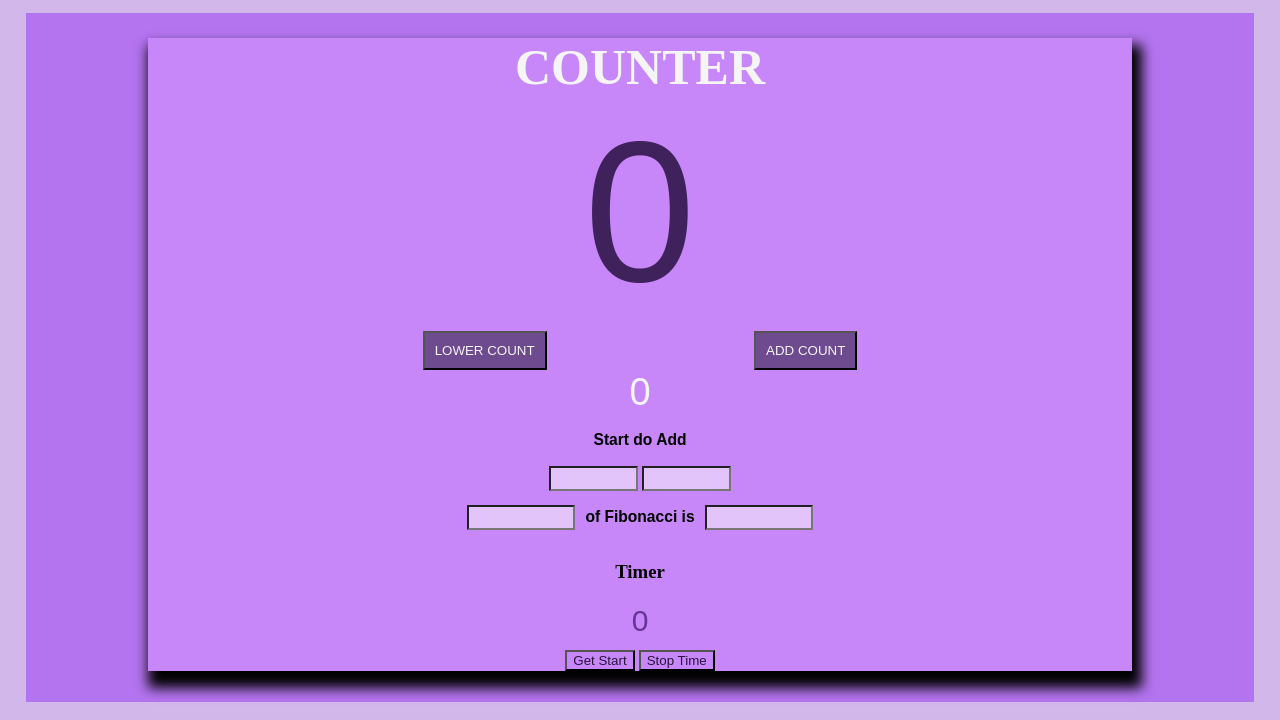
Repository: AnahitKhechumyan/Counter
Page: index.html
The author's editor kept a copy of each file at every save. The page is drawn from the files as they stood at one save, then again after the next save.
The browser window is 1280 px wide. The pictures show the whole page.

Above is the page before, as saved 2022-02-16 02:01:24.

### index.html
<!DOCTYPE html>
<html lang="en">
<head>
    <meta charset="UTF-8">
    <meta http-equiv="X-UA-Compatible" content="IE=edge">
    <meta name="viewport" content="width=device-width, initial-scale=1.0">
    <link rel="stylesheet" href="style.css">
    <title>Counter</title>
</head>
<body>
    <div class="container">
       <div class="main">
            <div class="header">COUNTER</div>
            <button class= "counter">0</button>
            <div class = "change">
                 <button class ="decrement" type="button">LOWER COUNT</button>
                 <button class ="increment" type="button">ADD COUNT</button>
            </div>
            <button class= "sum">0</button> <br>
            <button class= "add" type="button"><h3>Start do Add</h3></button>
            <div >
                <input class ="firstInput" type="text" />
                <input class ="secondInput" type = "text"/>
           </div>

           <input class= "inputNumber" type="text" />
           <button class= "fibonacci" type="button"><h3>of Fibonacci is</h3></button>
           <input class= "inputFibonacci" type="text"/>

           <h3>Timer</h3>
           <button class= "timer">0</button>
            <div>
                <button class ="getTime">Get Start</button>
                <button class ="stopTime">Stop Time</button>
           </div>
        </div>
    </div>
    <script src= "script.js"></script>
</body>
</html>

### style.css
body{
    margin: 0;
    background-color: rgb(210, 183, 235);
}
.container{
    background-color: rgb(180, 116, 240);
    width: 96%;
    height: 94vh;
    margin-right:2%;
    margin-left:2%;
    margin-top:1%;
    padding-top: 1%;

}
.main{
    background-color: rgb(199, 135, 248);
    width: 80%;
    height: 88vh;
    margin: 1% 10%;
    box-shadow: 5px 12px 12px 5px;
    text-align: center;
}
.header{
    text-align: center;
    color:whitesmoke;
    font-size: 50px;
    font-weight: 700;
}

.counter{
    border:none;
    font-size:200px;
    color:rgb(63, 33, 92);
    background-color:rgb(199, 135, 248) ;

}
 .change{
     background-color:  rgb(199, 135, 248);
     font-size: 30px;
 }
.decrement{
    padding:10px;
    margin-right: 100px;
   background-color: rgb(110, 74, 143);
   color:whitesmoke;
}
.decrement:hover{
    background-color:whitesmoke;
    color:rgb(110, 74, 143);
    cursor:pointer;
}
.increment{
    padding:10px;
    margin-left: 100px;
    background-color: rgb(110, 74, 143);
    color:whitesmoke;
}
.increment:hover{
    background-color:whitesmoke;
    color:rgb(110, 74, 143);
    cursor:pointer;
}
.sum{
    border:none;
    background-color: rgb(199, 135, 248);
    color:whitesmoke;
    font-size: 38px;
}
.firstInput, .secondInput{
    width: 8%;
    padding:3px;
}
.fibonacci{
    background-color: rgb(199, 135, 248);
    border:none;
}
.inputNumber, .inputFibonacci{
    width: 10%;
    padding:3px;
}
input{
    background-color: rgb(227, 196, 250);
}

.timer{
    padding:2px 3px;
    font-size: 30px;
   width: 5%;
   border:none;
   color:rebeccapurple;
   background-color:rgb(199, 135, 248);;
}

.getTime, .stopTime{
    margin-top:1%;
    background-color:rgb(199, 135, 248);
    color:rgb(41, 20, 61);
    cursor:pointer;
}
.getTime:hover, .stopTime:hover{
    background-color: whitesmoke;
    font-weight: 200;
}
h3{
    cursor:pointer;
}
.add{
    border:none;
    background-color: rgb(199, 135, 248);
}

### script.js
let counterElem = document.querySelector(".counter");
let addCount = document.querySelector(".increment");
let lowerCount = document.querySelector(".decrement");
let getTimer = document.querySelector(".getTime");
let stopTimer = document.querySelector(".stopTime");
let goTimer = document.querySelector(".timer");
let startAdd = document.querySelector(".add");
let addSum = document.querySelector(".sum");
let firstNum = document.querySelector(".firstInput");
let secondNum = document.querySelector(".secondInput");
let getFibonacci = document.querySelector(".fibonacci");
let inputNum = document.querySelector(".inputNumber");
let  addFibonacci = document.querySelector(".inputFibonacci");

let count = 0;
updateDisplay();

addCount.addEventListener("click", () => {
  count++;
  updateDisplay();
});
lowerCount.addEventListener("click", () => {
  count--;
  updateDisplay();
});

function updateDisplay() {
  counterElem.innerHTML = count;
}

startAdd.addEventListener("click", () => {
  let x = firstNum.value;
  let y = secondNum.value;
  addSum.innerHTML = add(x)(y);
  firstNum.value = " ";
  secondNum.value = " ";
});

let sum = 0;
function add(x) {
  return function (y) {
    return Number(x) + Number(y);
  };
}

getFibonacci.addEventListener("click", () => {
    let f = inputNum.value;
    addFibonacci.value = findFibonacci(f);
    inputNum.value = " ";
  });

  let findFibonacci = function(f){
              if(f<=0){
                   return 0;
                 }
              if(f===1){
                   return 1;
                 }
              if(f===2){
                   return 2;
                }
    return findFibonacci(f-2) + findFibonacci(f-1);
};

countTime = 0;
function getTime() {
  countTime++;
  goTimer.innerHTML = countTime;
}
let timer = 0;
getTimer.addEventListener("click", () => {
  timer = setInterval(getTime, 1000);
});

stopTimer.addEventListener("click", () => {
  clearInterval(timer);
  countTime = 0;
  goTimer.innerHTML = 0;
});

After the next save:
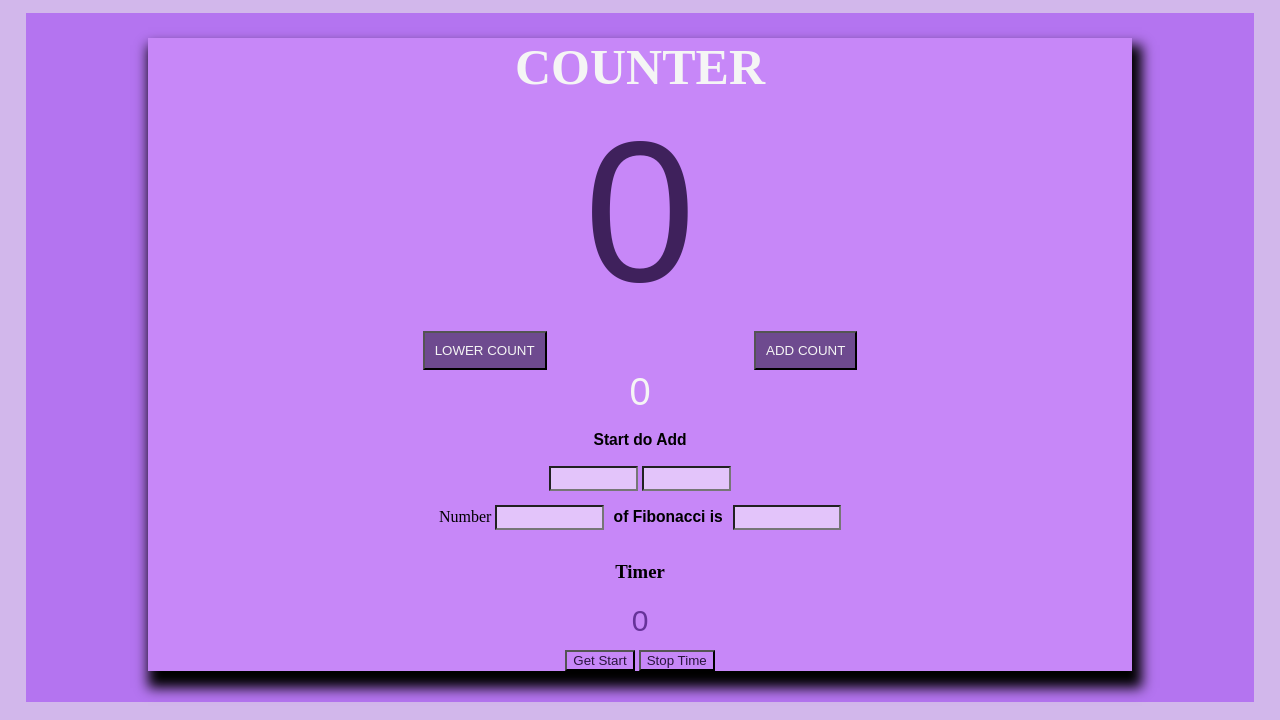
Saved 2 min 34 s later.
--- a/index.html
+++ b/index.html
@@ -22,7 +22,7 @@
                 <input class ="firstInput" type="text" />
                 <input class ="secondInput" type = "text"/>
            </div>
-
+            <span>Number</span>
            <input class= "inputNumber" type="text" />
            <button class= "fibonacci" type="button"><h3>of Fibonacci is</h3></button>
            <input class= "inputFibonacci" type="text"/>
